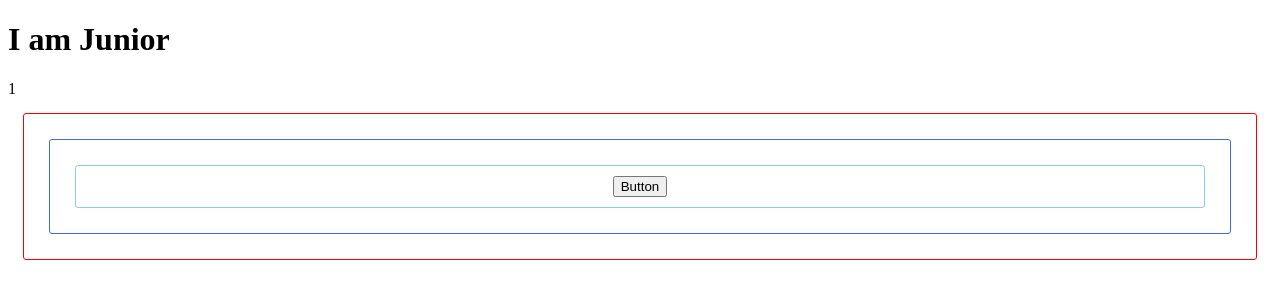
Repository: Fin433/project0422
Page: index.html
An editor plug-in stored every save of this project. The page is shown before and after the next save, followed by the edit.
The browser window is 1280 px wide. The pictures show the whole page.

Above is the page before, as saved 2022-04-10 10:48:38.

### index.html
<!DOCTYPE html>
<html lang="en">
<head>
	<meta charset="UTF-8">
	<meta http-equiv="X-UA-Compatible" content="IE=edge">
	<meta name="viewport" content="width=device-width, initial-scale=1.0">
	<title>Junior</title>
</head>
<body>
<h1>I am Junior</h1>

<div class="grandparent">
	<div class="parent">
			<div class="child">1</div>
	</div>
</div>

<div onclick="clickFunc(event)" style="text-align: center; margin: 15px;
border: 1px solid red; border-radius: 3px;">
    <div style="margin: 25px; border: 1px solid royalblue; border-radius: 3px;">
        <div style="margin: 25px; border: 1px solid skyblue; border-radius: 3px;">
            <button style="margin: 10px">
                Button
            </button>
        </div>
    </div>
</div>
</body>
<script src="/index.js"></script>
</html>

### index.js
function b(x, y, a) {
  arguments[2] = 10;
  alert(a);
}
// b(1, 2, 3); // 10

console.log(false == undefined); // false
console.log(false == null);  // false
console.log(null == undefined);  // true
// Пояснение: == сравнивает на равенство и не проверяет идентичность типов, поэтому в третьей строке кода в консоль будет выведено значение true.
const numbers = [1, 2, 3, 4, 5];
const [y] = numbers;
console.log(y); // 1
// Пояснение: В данном примере выполнена деструктуризация. По умолчанию переменной у присваивается значение первого элемента массива.
let x = 3;
function fn() {
    x = 10;
    return;
    function x() {}
}

fn();
console.log(x);

// 81, 73, 52, 42, 34, 22, 18, ...


function addEvent(el, event, callback, isCapture = false) {
	if (!el || !event || !callback || typeof callback !== 'function') return

	if (typeof el === 'string') {
			el = document.querySelector(el);
	}
	el.addEventListener(event, callback, isCapture)
}

addEvent(document, 'DOMContentLoaded', () => {
	const child = document.querySelector('.child')
	const parent = document.querySelector('.parent')
	const grandparent = document.querySelector('.grandparent')

	addEvent(child, 'click', function(e) {
			console.log('child');
	}, true)

	addEvent(parent, 'click', function(e) {
			console.log('parent')
	}, true)

	addEvent(grandparent, 'click', function(e) {
			console.log('grandparent')
	}, true)

	addEvent('html', 'click', function(e) {
			console.log('html')
	}, true)

	addEvent(document, 'click', function(e) {
			console.log('document')
	}, true)

	addEvent(window, 'click', function(e) {
			console.log('window')
	}, true)
})

function clickFunc(event) {
	console.log(event.target)
}

After the next save:
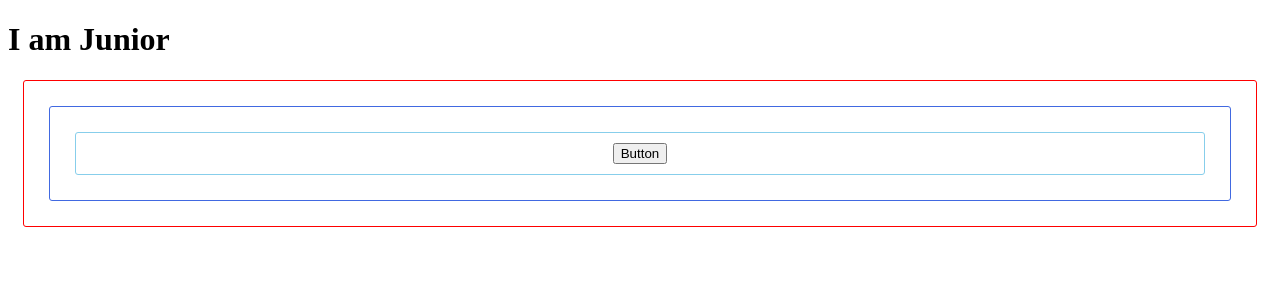
Saved 35 s later.
--- a/index.html
+++ b/index.html
@@ -9,11 +9,11 @@
 <body>
 <h1>I am Junior</h1>
 
-<div class="grandparent">
+<!-- <div class="grandparent">
 	<div class="parent">
 			<div class="child">1</div>
 	</div>
-</div>
+</div> -->
 
 <div onclick="clickFunc(event)" style="text-align: center; margin: 15px;
 border: 1px solid red; border-radius: 3px;">
